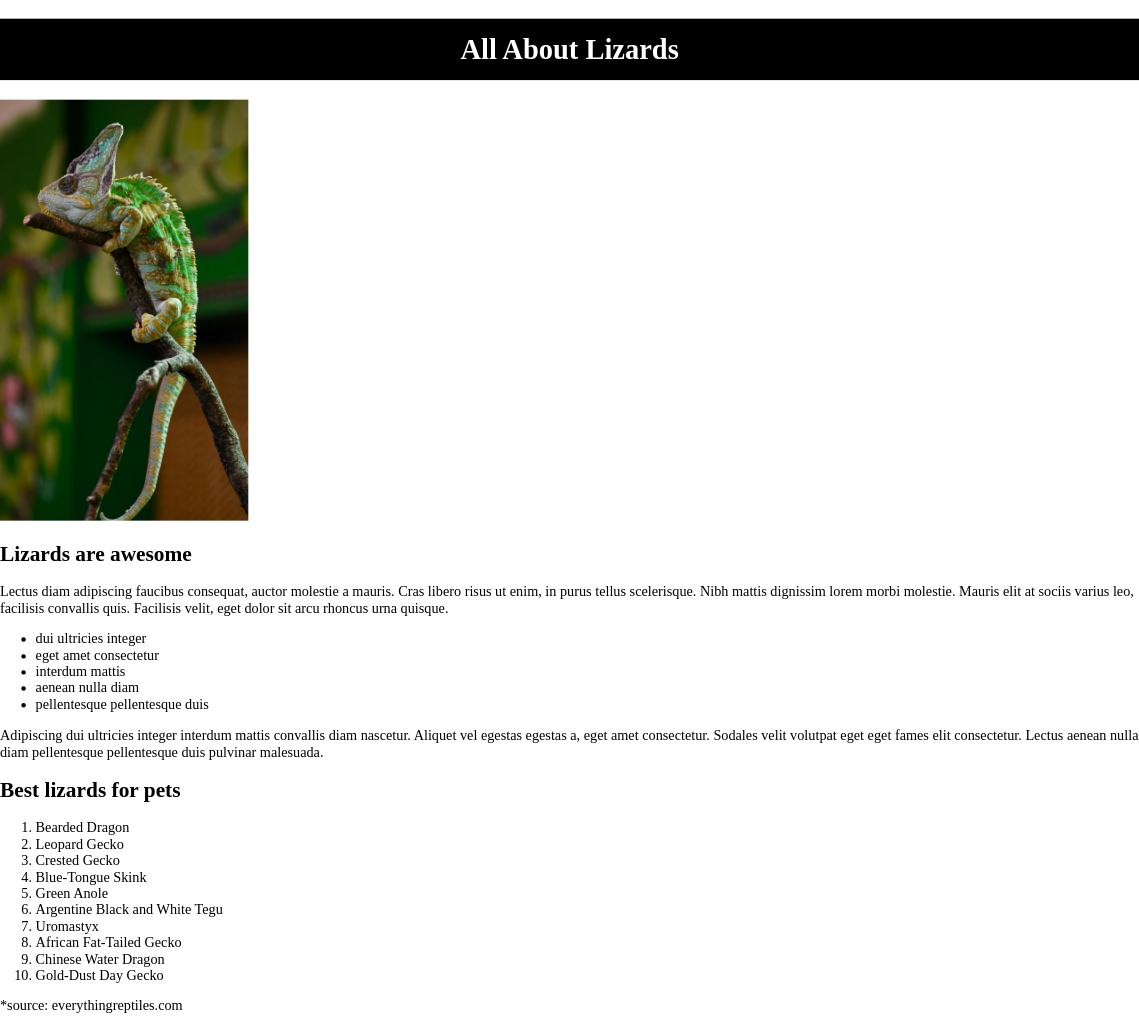
Repository: Doumham-Armah/lizards-landing--page
Page: index.html
These files come from the project's save history. The page is drawn as it stood at one moment and after the next save; the edit follows.
The browser window is 1280 px wide. The pictures show the whole page, at 89% of full size.

Above is the page before, as saved 2021-08-10 13:30:33.

After the next save:
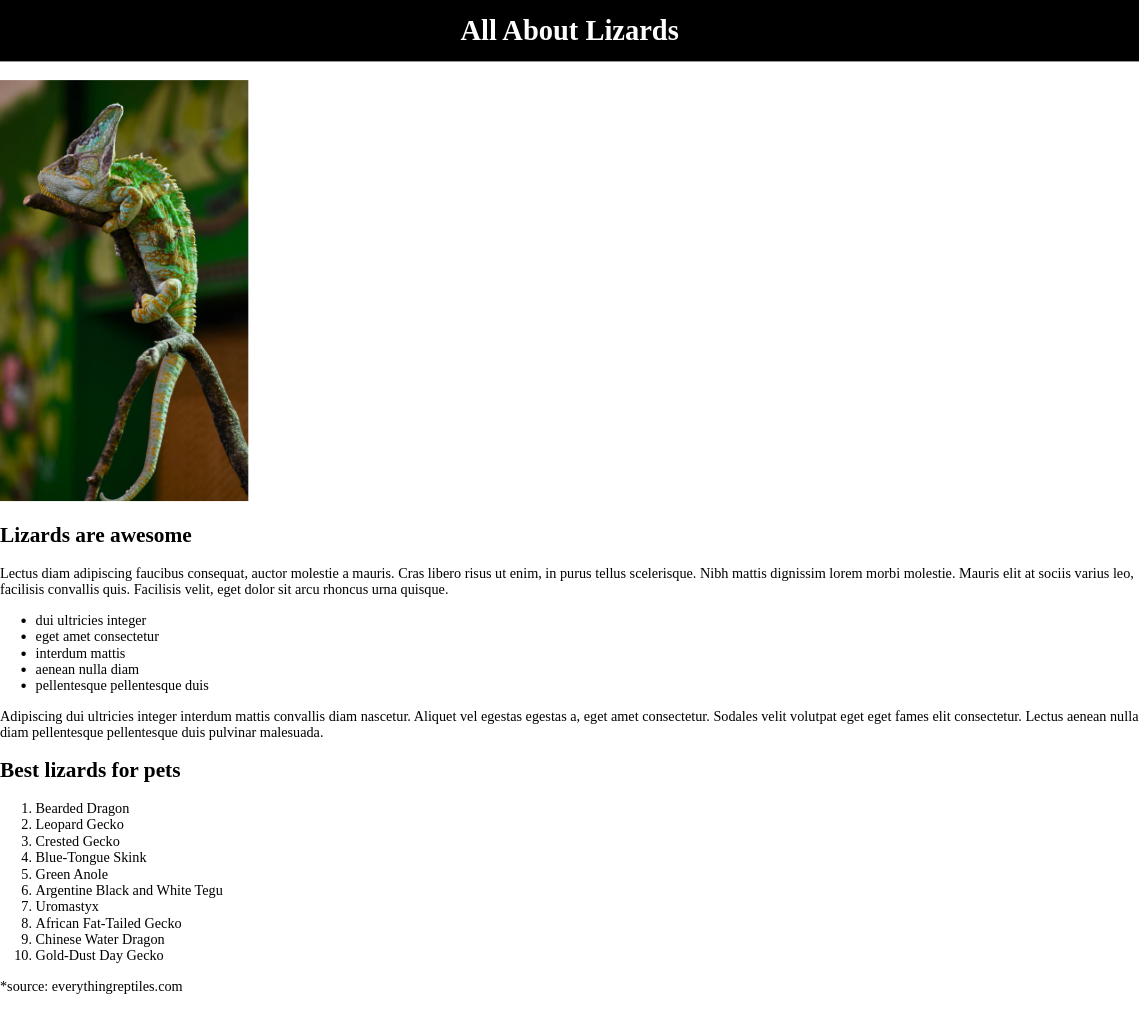
Saved 50 s later.
--- a/css/style.css
+++ b/css/style.css
@@ -7,4 +7,5 @@ h1 {
   color: white;
   text-align: center;
   padding: 1rem 0rem;
+  margin-top: 0;
 }
